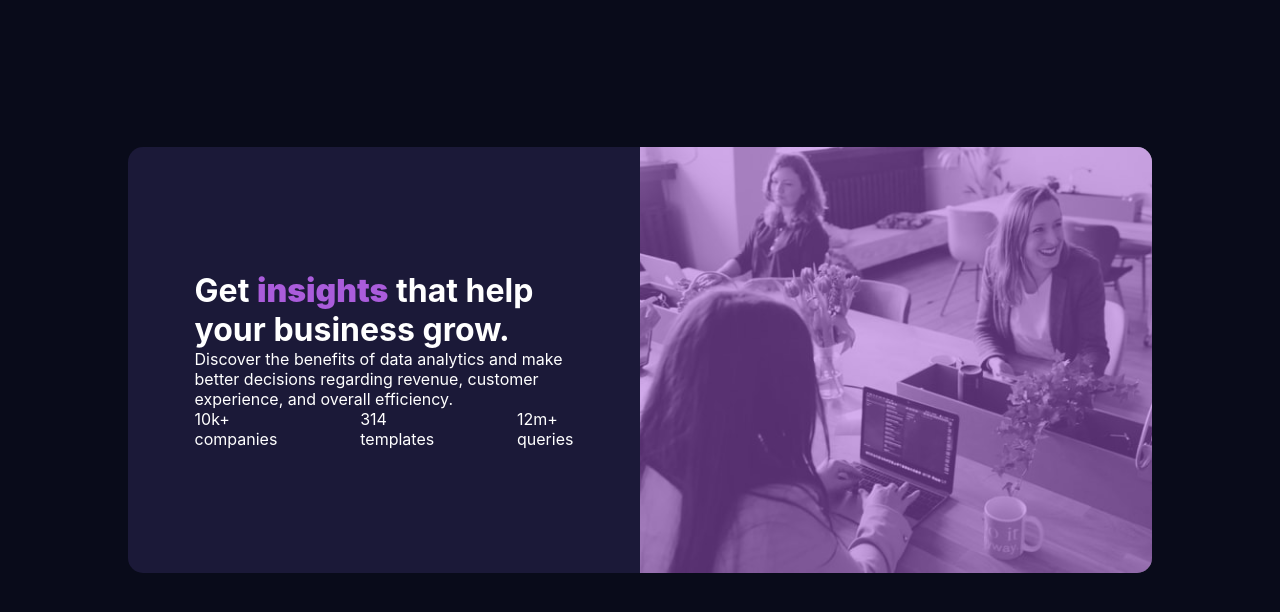
Repository: superZXMzzl/FrontendMentor
Page: stats-preview-card-component-main/index.html
The author's editor kept a copy of each file at every save. The page is drawn from the files as they stood at one save, then again after the next save.
The browser window is 1280 px wide. The pictures show the whole page.

Above is the page before, as saved 2022-05-09 19:13:37.

After the next save:
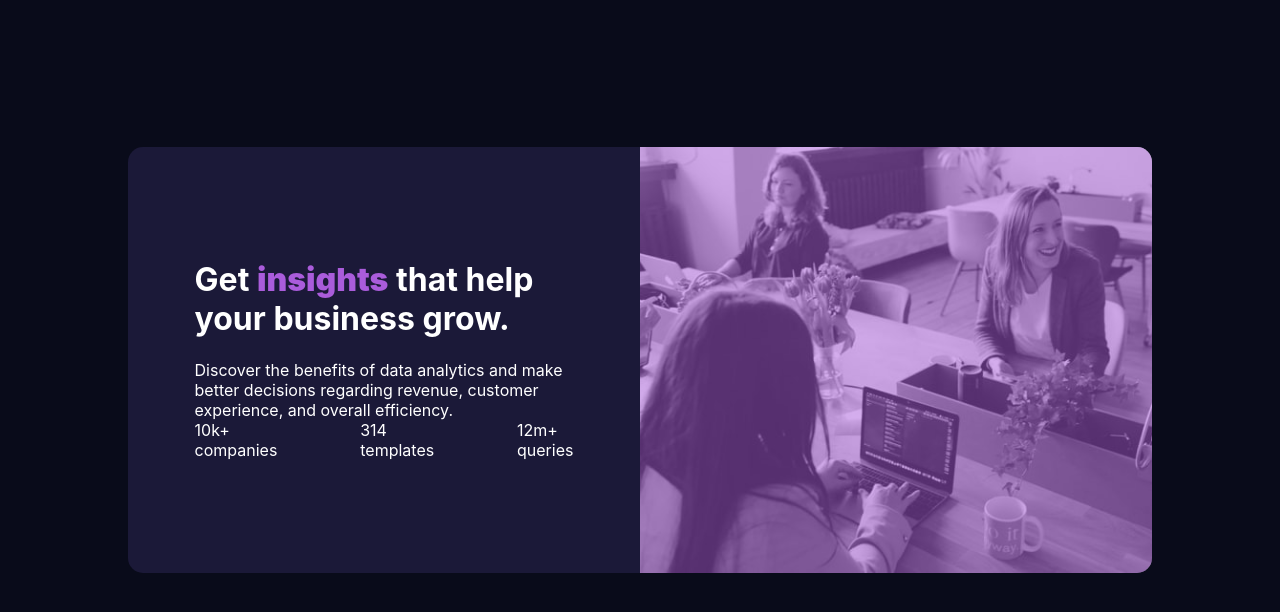
Saved 18 s later.
--- a/stats-preview-card-component-main/style.css
+++ b/stats-preview-card-component-main/style.css
@@ -58,6 +58,7 @@ body {
 
 .title {
     font-weight: 700;
+    padding-bottom: 22px;
 }
 
 .title span{
